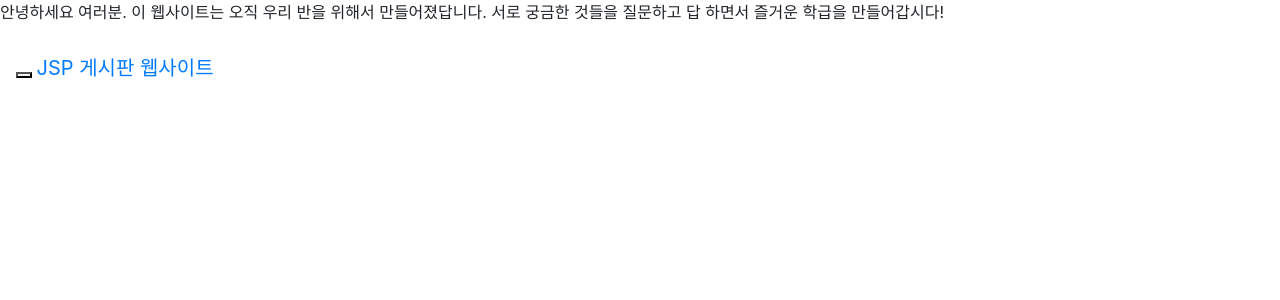
Repository: Munro-L/I-spy-oT__cuHacking-2019
Page: http://localhost/BBS/login.jsp
These files come from the project's save history. The page is drawn as it stood at one moment and after the next save; the edit follows.
The browser window is 1280 px wide. The pictures show the whole page.
The page is served by Tomcat 9.

Above is the page before, as saved 2019-02-01 06:25:49.

After the next save:
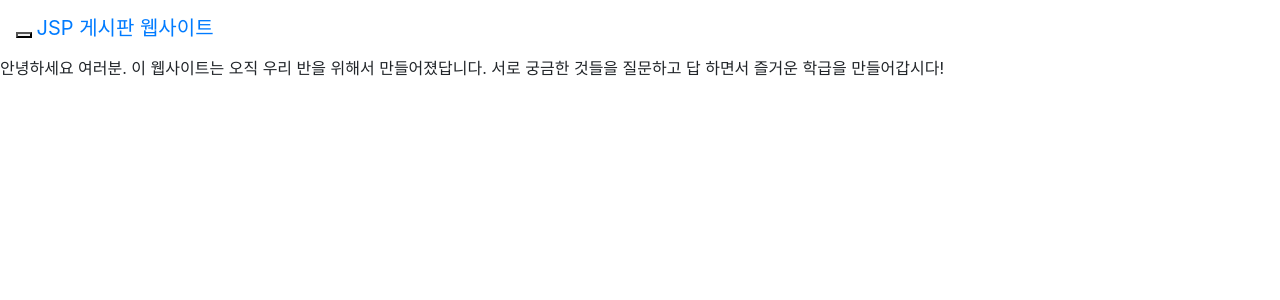
Saved 102 s later.
--- a/BBS-master/projects/BBS/WebContent/login.jsp
+++ b/BBS-master/projects/BBS/WebContent/login.jsp
@@ -9,8 +9,7 @@
 <title>질문있어요!</title>
 </head>
 <body>
-	<p>안녕하세요 여러분. 이 웹사이트는 오직 우리 반을 위해서 만들어졌답니다.
-	서로 궁금한 것들을 질문하고 답 하면서 즐거운 학급을 만들어갑시다! </p>
+
 	<nav class="navbar navbar-default">
 		<div class="navbar-header">
 			<button type="button" class="navbar-toggle collapsed"
@@ -23,6 +22,9 @@
 			<a class="navbar-brand" href="main.jsp">JSP 게시판 웹사이트</a>
 		</div>
 	</nav>
+
+		<p>안녕하세요 여러분. 이 웹사이트는 오직 우리 반을 위해서 만들어졌답니다.
+	서로 궁금한 것들을 질문하고 답 하면서 즐거운 학급을 만들어갑시다! </p>
 	<script
   src="https://code.jquery.com/jquery-3.3.1.min.js"
   integrity="sha256-FgpCb/KJQlLNfOu91ta32o/NMZxltwRo8QtmkMRdAu8="
